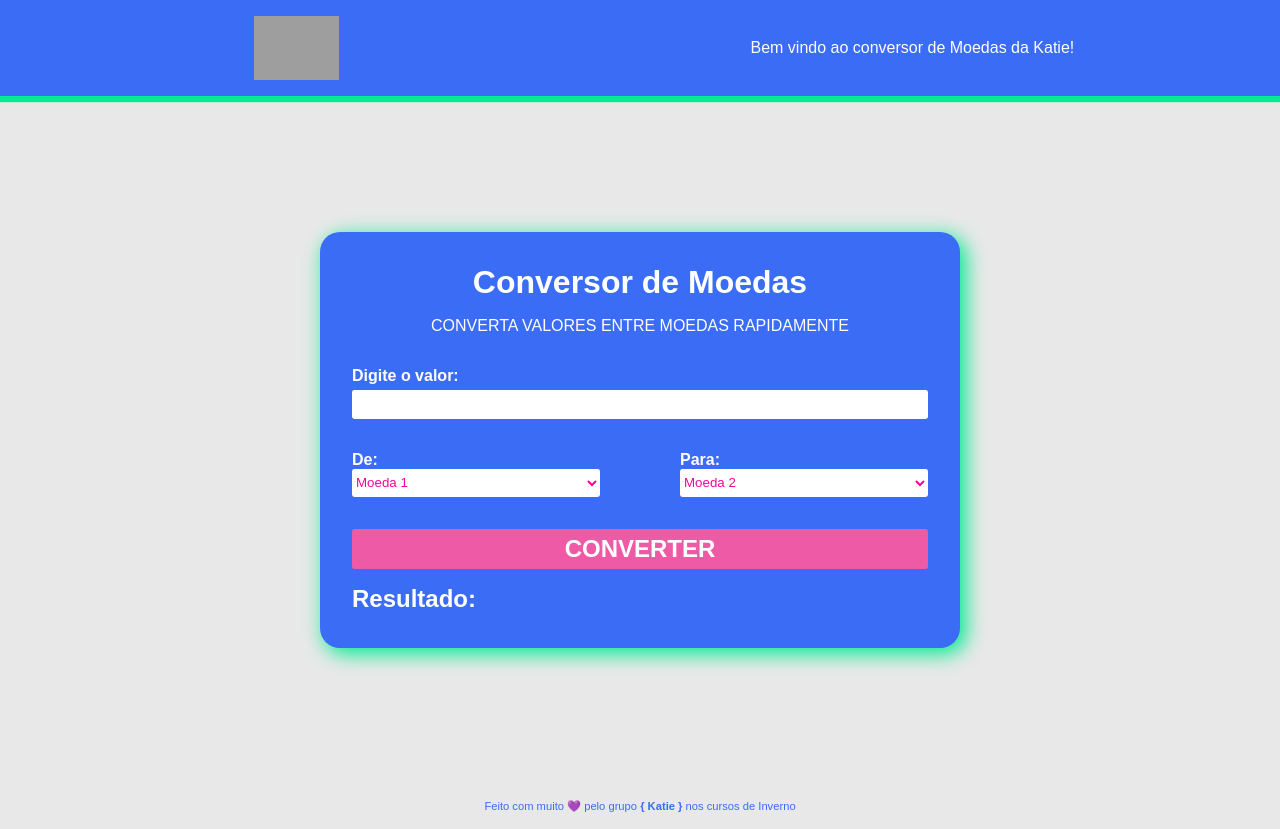
Repository: willamesalmeida/Conversor-de-Moedas
Page: index.html
The author's editor kept a copy of each file at every save. The page is drawn from the files as they stood at one save, then again after the next save.
The browser window is 1280 px wide. The pictures show the whole page.
Pictures or frames that could not be fetched are drawn as grey boxes.

Above is the page before, as saved 2022-08-07 15:23:52.

### index.html
<!DOCTYPE html>
<html lang="pt-br">
<head>
    <meta charset="UTF-8" />
    <meta name="viewport" content="width=device-width, initial-scale=1.0">
    <link rel="stylesheet" href="./global.css">
    <link rel="stylesheet" href="./styles.css">
    <title>Conversor de moedas KATIE</title>
</head>
<body>
    <script src="script.js"></script>

    <header class="cabecalho">
        <img class="gif-katie" src="https://ic.ufal.br/extensao/katie/resources/logoanim.gif"/>
        <p class="saudacao">Bem vindo ao conversor de Moedas da Katie!</p>
    </header>
    <main class="container">
        <section class="card">
            <header>
                <h2 class="titulo">Conversor de Moedas</h2>
                CONVERTA VALORES ENTRE MOEDAS RAPIDAMENTE
            </header>

            <section class="valor">
                <label>Digite o valor:</label>
                <input type="number" id="valor_inicial">
            </section>

            <section class="conversao">
                <div  class="converter-de">
                    <label>De:</label>
                    <select name="moedasde" id="moedasde">
                        <option value="de">Moeda 1</option>
                        <option value="USD">Dolar</option>
                        <option value="BRL">Real</option>
                        <option value="EUR">Euro</option>
                      </select>
                </div>

                <div class="converter-para">
                    <label>Para:</label>
                    <select name="moedaspara" id="moedaspara">
                        <option value="para">Moeda 2</option>
                        <option value="USD">Dolar</option>
                        <option value="BRL">Real</option>
                        <option value="EUR">Euro</option>
                      </select>
                </div>

            </section>
            <button type="submit" onclick="Converter()">CONVERTER</button>
            <h1>Resultado:</h1>
            <span id="resultado" class="resultado"></span>

        </section>

    </main>

    <footer>
        Feito com muito &#128156 pelo grupo <strong>{ Katie }</strong> nos cursos de Inverno
    </footer>


</body>
</html>

### global.css
@import url('https://fonts.googleapis.com/css2?family=Roboto+Flex:opsz,wght@8..144,400;8..144,500&family=Roboto:ital,wght@0,100;0,300;0,400;0,500;0,700;0,900;1,100;1,300;1,400;1,500;1,700;1,900&display=swap');
:root {
  --rosa-katie: #f8049c;
  --amarelo-katie: #fdd54f;
  --cinza-katie: #1f1f24;
  --rosa-claro: #EF5AA7;
  --branco:  #ffffff;
  --blue: #3A6CF5;
  --gray:#E8E8E8;
  --grey2: #EBEBF3;
  --red:#FF0000;
  --greendark:#007560;
  --greenlight:#27EDC4;
  --greenciano:#51EFD0;
  --azul:#006CF9;
  --greengreen:#00EB92;
}

* {
  margin: 0;
  padding: 0;
  box-sizing: border-box;
}

body {
  font-family: 'Roboto ', sans-serif;
  font-family: 'Roboto Flex ', sans-serif;
  color: #ffffff;
  background-color: var(--gray);

}

### styles.css
.cabecalho {
  background: var(--blue);
  padding: 1rem 0;
}
input, select{
  outline: none;
}

.gif-katie {
  margin-left: 3rem;
  height: 4rem;
}
.cabecalho{
  display: flex;
  align-items: center;
  justify-content: space-around;
  box-shadow: 1px 1px 1px 5px var(--greengreen)
}

.saudacao {
  text-align: center;

}

.container {
  padding: 2.5rem 1rem;
}

.card {
  background: var(--blue);
  width: 40rem;
  height: 26rem;
  border-radius: 20px;
  padding: 2rem;
  margin: 6rem auto;
  box-shadow: 5px 5px 20px 1px var(--greengreen)
}

header h2 {

  font-size: 2rem;
}

.titulo {
  margin-bottom: 1rem;
}

.card header {
  text-align: center;
}

.valor {
  margin: 2rem 0;
  display: flex;
  flex-direction: column;
}

label {
  font-size: 1rem;
  font-weight: bold;
  margin-bottom: 0.3rem;
}

input,
select {
  border: none;
  border-radius: 0.15rem;
  height: 1.8rem;
  width: 100%;
  background: var(--branco);
  color: var(--rosa-katie)
}

input {
    padding: 0.8rem;
}

.conversao {
    width: 100%;
    margin: 2rem 0;
    display: flex;
    flex-direction: row;
  }

.converter-de,
.converter-para {
  width: 100%;
}

.converter-de {
  margin-right: 2.5rem;
}

.converter-para {
  margin-left: 2.5rem;
}

button {
  background: var(--rosa-claro);
  border: none;
  border-radius: 0.15rem;
  width: 100%;
  height: 2.5rem;
  cursor: pointer;
  color: var(--branco);
  font-weight: bold;
  font-size: 1.5rem;
  transition: 0.5s;
  margin-bottom: 1rem;
}

#resultado {
    font-weight: bold;
    color: var(--amarelo-katie);
    font-size: 1.5rem;
    text-align: center;
}

button:hover {
  filter: brightness(0.8);
}

footer {
    margin: 1rem 0;
    color: var(--blue);
    font-size: 0.70rem;
    text-align: center;
}

### script.js
function Converter() {
  let input = parseFloat(document.getElementById("valor_inicial").value);
  let output = document.getElementById("resultado");
  let de = document.getElementById("moedasde");
  let para = document.getElementById("moedaspara");

  console.log(de.value);

  //Reais
  if (de.value == "BRL" && para.value != "Moeda 2") {
    let valorEmReais = input;
    let valor;
    if (para.value == "BRL") {
      valor = "O valor em reais é: R$" + valorEmReais.toFixed(2);
    } else if (para.value == "EUR") {
      valor = "O valor em euros é: €" + (valorEmReais * 0.1885).toFixed(2);
    } else if (para.value == "USD") {
      valor = "O valor em dólar é: $" + (valorEmReais * 0.1917).toFixed(2);
    }
    output.innerHTML = valor;
  } else if (de.value == "EUR" && para.value != "Moeda 2") {
    let valorEmEuros = input;
    let valor;

    if (para.value == "EUR") {
      valor = "O valor em euros é: €" + valorEmEuros.toFixed(2);
    } else if (para.value == "USD") {
      valor = "O valor em dólar é: $" + (valorEmEuros * 1.0167).toFixed(2);
    } else if (para.value == "BRL") {
      valor = "O valor em reais é: R$" + (valorEmEuros * 5.303).toFixed(2);
    }
    output.innerHTML = valor;
  } else if (de.value == "USD" && para.value != "Moeda 2") {
    console.log("entrou no else is do dolar");
    let valorEmDolar = input;
    let valor;

    if (para.value == "USD") {
      valor = "O valor em dólar é: $" + valorEmDolar.toFixed(2);
    } else if (para.value == "BRL") {
      valor = "O valor em dólar é: R$" + (valorEmDolar * 5.2159).toFixed(2);
    } else if (para.value == "EUR") {
      valor = "O valor em dólar é: €" + (valorEmDolar * 0.9832).toFixed(2);
    }
    output.innerHTML = valor;
  } else {
    output.innerHTML = "";
  }
}

After the next save:
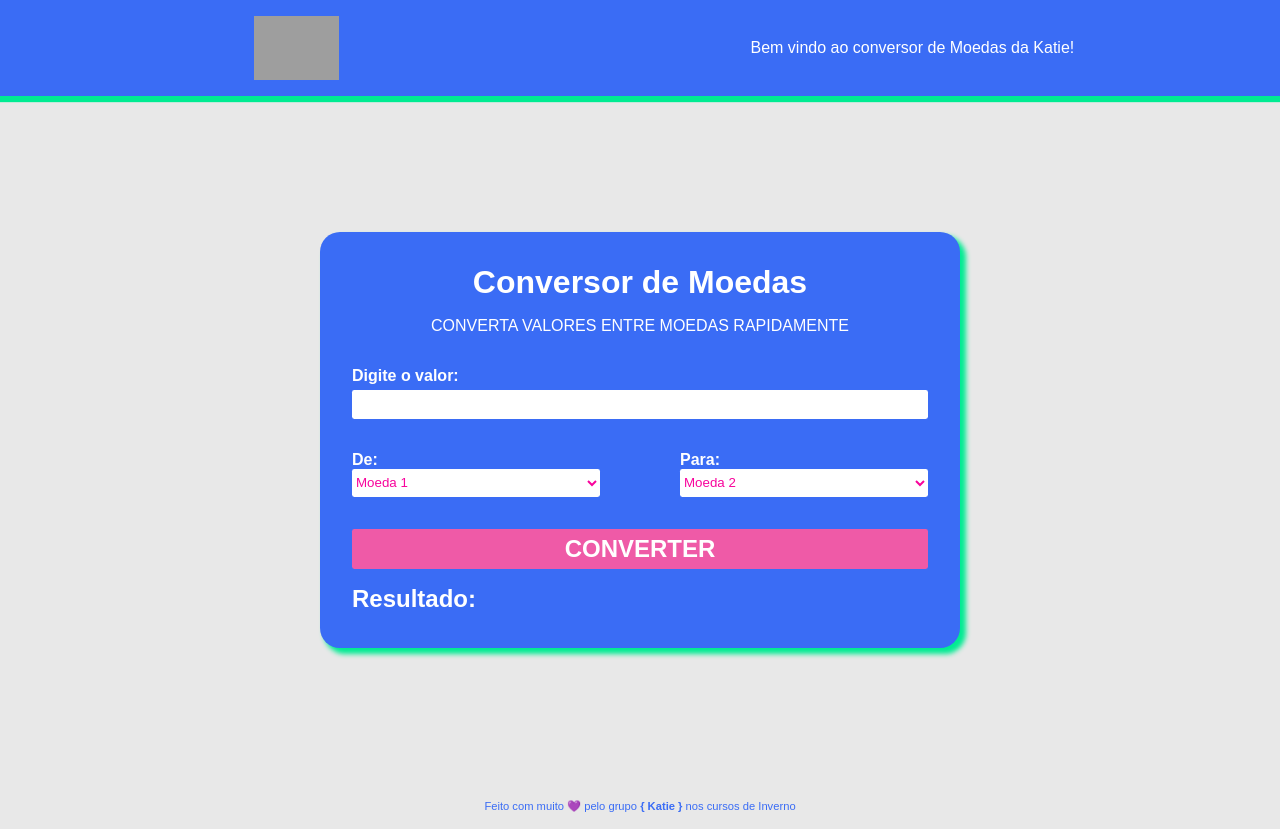
Saved 5 s later.
--- a/styles.css
+++ b/styles.css
@@ -33,7 +33,7 @@ input, select{
   border-radius: 20px;
   padding: 2rem;
   margin: 6rem auto;
-  box-shadow: 5px 5px 20px 1px var(--greengreen)
+  box-shadow: 5px 5px 5px 1px var(--greengreen)
 }
 
 header h2 {
